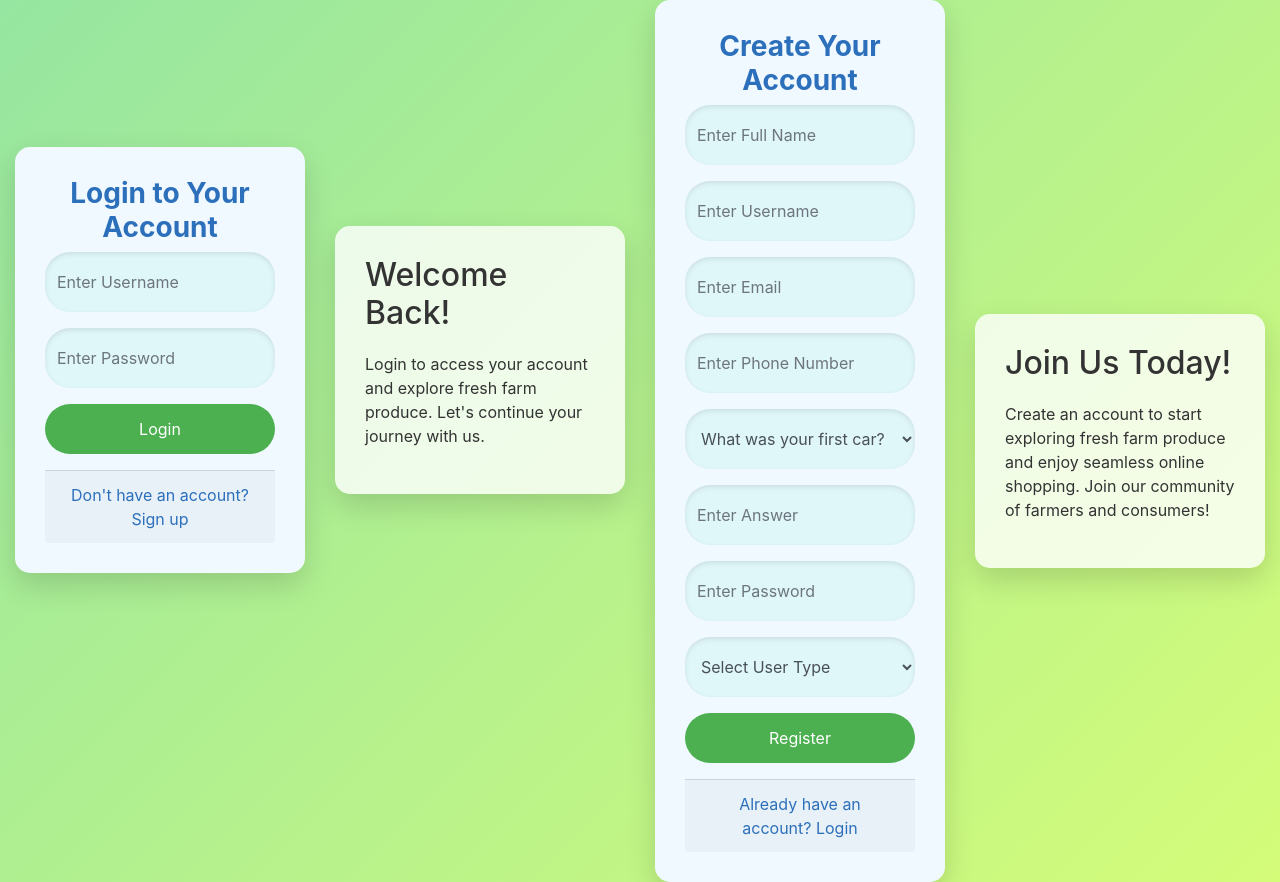
Repository: Dineshbabu290904/DigiMart
Page: http://localhost/DigiMart/login.jsp
These files come from the project's save history. The page is drawn as it stood at one moment and after the next save; the edit follows.
The browser window is 1280 px wide. The pictures show the whole page.
Some web libraries are served in a nearby version. The page is served by Tomcat 9. Other server files are loaded and not shown.

Above is the page before, as saved 2024-10-16 15:26:04.

### DigiMart/src/main/webapp/login.jsp
<!DOCTYPE html>
<html lang="en">
<head>
    <meta charset="UTF-8">
    <meta name="viewport" content="width=device-width, initial-scale=1.0">
    <title>Login and Signup</title>
    <!-- Bootstrap CSS CDN -->
    <link href="https://stackpath.bootstrapcdn.com/bootstrap/4.5.2/css/bootstrap.min.css" rel="stylesheet">
    <!-- Custom CSS -->
    <style>
        body {
            background: linear-gradient(135deg, #96e6a1 0%, #d4fc79 100%); /* Light green gradient */
            display: flex;
            min-height: 100vh;
        }
        .section {
            display: flex;
            align-items: center;
            justify-content: center;
            min-height: 100vh;
        }
        .card-custom {
            border-radius: 15px;
            background: #f0f9ff; /* Light blue background */
            padding: 30px;
            box-shadow: 0 12px 30px rgba(0, 0, 0, 0.15); /* Soft shadow */
            transition: transform 0.3s ease;
            width: 100%; /* Ensure full width on small devices */
            max-width: 400px; /* Set maximum width for the card */
        }
        .card-custom:hover {
            transform: translateY(-5px); /* Subtle hover lift */
        }
        .card-custom h3 {
            font-weight: bold;
            color: #2c6fbb; /* Cool blue for headings */
        }
        .form-control {
            border-radius: 25px;
            height: 60px; /* Increased height for input fields */
            background-color: #e0f7fa; /* Light cyan background for inputs */
            border: none;
            box-shadow: inset 0 2px 5px rgba(0, 0, 0, 0.1);
        }
        .btn-custom {
            border-radius: 25px;
            padding: 12px 25px;
            background-color: #4caf50; /* Light green button */
            color: white;
        }
        .description-card {
            background: rgba(255, 255, 255, 0.8); /* Semi-transparent white */
            border-radius: 15px;
            padding: 30px;
            box-shadow: 0 12px 30px rgba(0, 0, 0, 0.15);
            color: #333;
        }
        .description-card h2 {
            font-size: 2rem;
            margin-bottom: 20px;
        }
        .card-footer a {
            color: #2c6fbb;
        }
    </style>
</head>
<body>

<div class="container-fluid">
    <div class="row section">
        <!-- Left Side: Login Form -->
        <div class="col-md-6 d-flex align-items-center justify-content-center">
            <div class="card-custom">
                <h3 class="text-center">Login to Your Account</h3>
                <form action="login" method="post">
                    <div class="form-group">
                        <input type="text" class="form-control" id="username" name="username" placeholder="Enter Username" required>
                    </div>
                    <div class="form-group">
                        <input type="password" class="form-control" id="password" name="password" placeholder="Enter Password" required>
                    </div>
                    <button type="submit" class="btn btn-custom btn-block">Login</button>
                </form>
                <div class="card-footer text-center mt-3">
                    <a href="signup.jsp">Don't have an account? Sign up</a>
                </div>
            </div>
        </div>

        <!-- Right Side: Description Card for Login -->
        <div class="col-md-6 d-none d-md-flex align-items-center justify-content-center">
            <div class="description-card">
                <h2>Welcome Back!</h2>
                <p>Login to access your account and explore fresh farm produce. Let's continue your journey with us.</p>
            </div>
        </div>
    </div>
</div>

<div class="container-fluid">
    <div class="row section">
        <!-- Left Side: Signup Form -->
        <div class="col-md-6 d-flex align-items-center justify-content-center">
            <div class="card-custom">
                <h3 class="text-center">Create Your Account</h3>
                <form action="signup" method="post">
                    <div class="form-group">
                        <input type="text" id="name" name="name" class="form-control" placeholder="Enter Full Name" required>
                    </div>
                    <div class="form-group">
                        <input type="text" id="username" name="username" class="form-control" placeholder="Enter Username" required>
                    </div>
                    <div class="form-group">
                        <input type="email" id="email" name="email" class="form-control" placeholder="Enter Email" required>
                    </div>
                    <div class="form-group">
                        <input type="text" id="phone" name="phone" class="form-control" placeholder="Enter Phone Number">
                    </div>
                    <div class="form-group">
                        <select name="securityQuestion" class="form-control" required>
                            <option value="What was your first car?">What was your first car?</option>
                            <option value="What is the name of your first pet?">What is the name of your first pet?</option>
                            <option value="What elementary school did you attend?">What elementary school did you attend?</option>
                            <option value="What is the name of the town where you were born?">What is the name of the town where you were born?</option>
                        </select>
                    </div>
                    <div class="form-group">
                        <input type="text" name="answer" class="form-control" placeholder="Enter Answer" required>
                    </div>
                    <div class="form-group">
                        <input type="password" id="password" name="password" class="form-control" placeholder="Enter Password" required>
                    </div>
                    <div class="form-group">
                        <select id="user_type" name="user_type" class="form-control" required>
                            <option value="" disabled selected>Select User Type</option>
                            <option value="Farmer">Farmer</option>
                            <option value="Consumer">Consumer</option>
                            <option value="Retailer">Retailer</option>
                        </select>
                    </div>
                    <button type="submit" class="btn btn-custom btn-block">Register</button>
                </form>
                <div class="card-footer text-center mt-3">
                    <a href="login.jsp">Already have an account? Login</a>
                </div>
            </div>
        </div>

        <!-- Right Side: Description Card for Signup -->
        <div class="col-md-6 d-none d-md-flex align-items-center justify-content-center">
            <div class="description-card">
                <h2>Join Us Today!</h2>
                <p>Create an account to start exploring fresh farm produce and enjoy seamless online shopping. Join our community of farmers and consumers!</p>
            </div>
        </div>
    </div>
</div>

<!-- Bootstrap JS and dependencies -->
<script src="https://code.jquery.com/jquery-3.5.1.slim.min.js"></script>
<script src="https://cdn.jsdelivr.net/npm/@popperjs/core@2.5.3/dist/umd/popper.min.js"></script>
<script src="https://stackpath.bootstrapcdn.com/bootstrap/4.5.2/js/bootstrap.min.js"></script>
</body>
</html>

After the next save:
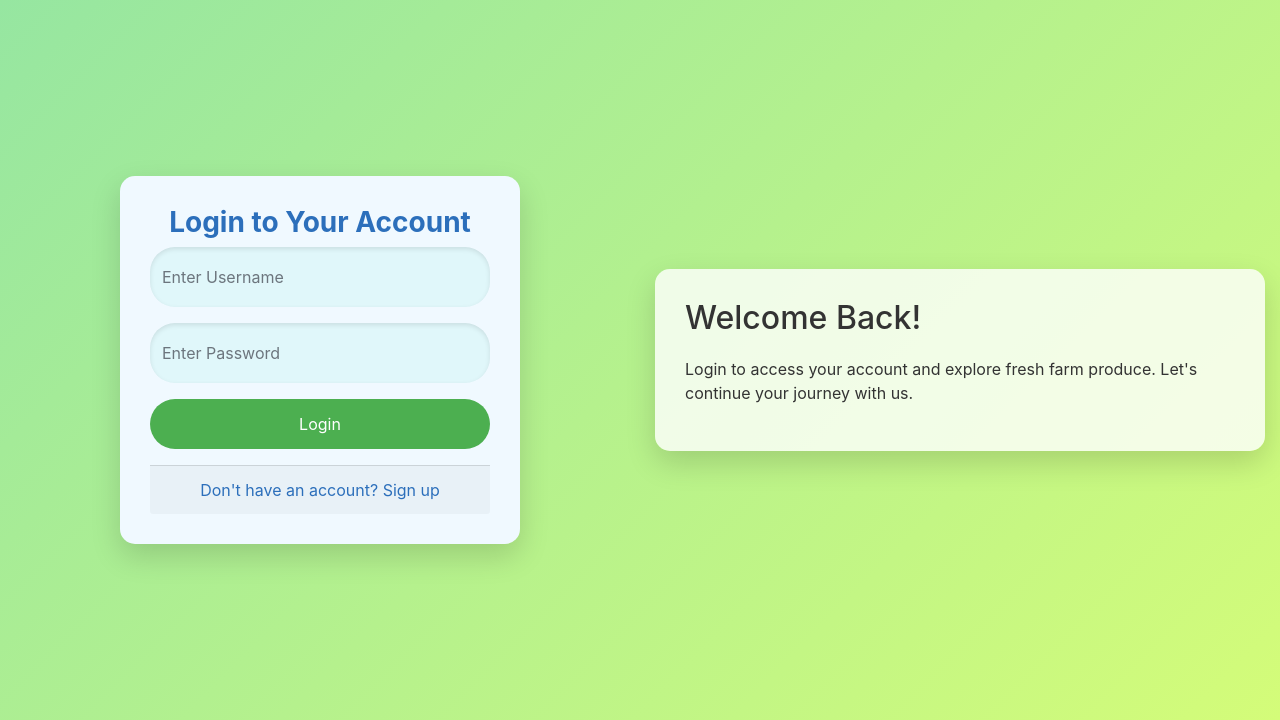
Saved 6 s later.
--- a/DigiMart/src/main/webapp/login.jsp
+++ b/DigiMart/src/main/webapp/login.jsp
@@ -97,64 +97,7 @@
     </div>
 </div>
 
-<div class="container-fluid">
-    <div class="row section">
-        <!-- Left Side: Signup Form -->
-        <div class="col-md-6 d-flex align-items-center justify-content-center">
-            <div class="card-custom">
-                <h3 class="text-center">Create Your Account</h3>
-                <form action="signup" method="post">
-                    <div class="form-group">
-                        <input type="text" id="name" name="name" class="form-control" placeholder="Enter Full Name" required>
-                    </div>
-                    <div class="form-group">
-                        <input type="text" id="username" name="username" class="form-control" placeholder="Enter Username" required>
-                    </div>
-                    <div class="form-group">
-                        <input type="email" id="email" name="email" class="form-control" placeholder="Enter Email" required>
-                    </div>
-                    <div class="form-group">
-                        <input type="text" id="phone" name="phone" class="form-control" placeholder="Enter Phone Number">
-                    </div>
-                    <div class="form-group">
-                        <select name="securityQuestion" class="form-control" required>
-                            <option value="What was your first car?">What was your first car?</option>
-                            <option value="What is the name of your first pet?">What is the name of your first pet?</option>
-                            <option value="What elementary school did you attend?">What elementary school did you attend?</option>
-                            <option value="What is the name of the town where you were born?">What is the name of the town where you were born?</option>
-                        </select>
-                    </div>
-                    <div class="form-group">
-                        <input type="text" name="answer" class="form-control" placeholder="Enter Answer" required>
-                    </div>
-                    <div class="form-group">
-                        <input type="password" id="password" name="password" class="form-control" placeholder="Enter Password" required>
-                    </div>
-                    <div class="form-group">
-                        <select id="user_type" name="user_type" class="form-control" required>
-                            <option value="" disabled selected>Select User Type</option>
-                            <option value="Farmer">Farmer</option>
-                            <option value="Consumer">Consumer</option>
-                            <option value="Retailer">Retailer</option>
-                        </select>
-                    </div>
-                    <button type="submit" class="btn btn-custom btn-block">Register</button>
-                </form>
-                <div class="card-footer text-center mt-3">
-                    <a href="login.jsp">Already have an account? Login</a>
-                </div>
-            </div>
-        </div>
 
-        <!-- Right Side: Description Card for Signup -->
-        <div class="col-md-6 d-none d-md-flex align-items-center justify-content-center">
-            <div class="description-card">
-                <h2>Join Us Today!</h2>
-                <p>Create an account to start exploring fresh farm produce and enjoy seamless online shopping. Join our community of farmers and consumers!</p>
-            </div>
-        </div>
-    </div>
-</div>
 
 <!-- Bootstrap JS and dependencies -->
 <script src="https://code.jquery.com/jquery-3.5.1.slim.min.js"></script>
